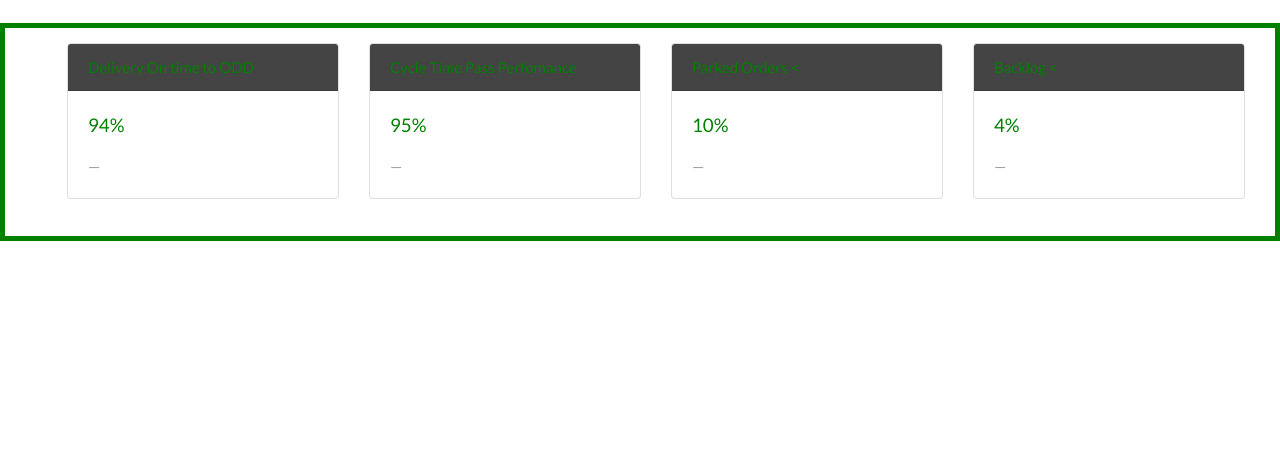
Repository: valenovi76/Delivery-Dashboard
Page: Index.html
The author's editor kept a record of every edit. The page is drawn from the files as they stood at one moment, then again after the next edit.
The browser window is 1280 px wide. The pictures show the whole page.
Some icons come from a web library that is not loaded, so they are not drawn.

Above is the page before.
Console error: TypeError: Cannot read properties of null (reading 'textContent')

### Index.html
<!DOCTYPE html>
<html lang="en">
<head>
    <meta charset="UTF-8">
    <meta name="viewport" content="width=device-width, initial-scale=1.0">
    <meta http-equiv="X-UA-Compatible" content="ie=edge">

    <link rel="stylesheet" href="static/css/bootstrap.min.css" type="text/css" />
    <link rel="stylesheet" href="static/css/dc.min.css" type="text/css" />
    <link href="vendor/fontawesome-free/css/all.min.css" rel="stylesheet" type="text/css">
    <script type="text/javascript" src="static/js/d3.min.js"></script>
    <script type="text/javascript" src="static/js/crossfilter.min.js"></script>
    <script type="text/javascript" src="static/js/dc.min.js"></script>
    <script type="text/javascript" src="static/js/queue.min.js"></script>
    <script type="text/javascript" src="static/js/graphs.js"></script>
    <link rel="stylesheet" href="static/css/style.css" type="text/css" />
    <title>Daily Delivery Dashboard</title>
</head>
<body>
    <header>

        <div id="wrapper">

        <nav id="sidebar">
        ...
    </nav>


          <div id= "content-wrapper">
                <div class="container-fluid">
                <div class="row">KPIS

                <div class="col">
                <div class="card kpi">
                  <div class="card-header">
                        Delivery On time to ODD
                  </div>
                  <div class="card-body">
                        <blockquote class="blockquote mb-0">
                          <p>94%</p>
                          <footer class="blockquote-footer"><i class="far fa-clock"></i></footer>
                        </blockquote>
                  </div>
              </div>
                </div>
                <div class="col">
                <div class="card kpi">
                  <div class="card-header">
                        Cycle Time Pass Perfomance
                  </div>
                  <div class="card-body">
                        <blockquote class="blockquote mb-0">
                          <p>95%</p>
                          <footer class="blockquote-footer"><i class="fas fa-running"></i></footer>
                        </blockquote>
                  </div>
              </div>
                </div>
                <div class="col">
                <div class="card kpi">
                  <div class="card-header">
                        Parked Orders <
                  </div>
                  <div class="card-body">
                        <blockquote class="blockquote mb-0">
                          <p>10%</p>
                          <footer class="blockquote-footer"><i class="fas fa-parking"></i></footer>
                        </blockquote>
                  </div>
              </div>
                </div>
                <div class="col">
                <div class="card kpi">
                  <div class="card-header">
                        Backlog <
                  </div>
                  <div class="card-body">
                        <blockquote class="blockquote mb-0">
                          <p>4%</p>
                          <footer class="blockquote-footer"><i class="fas fa-flag-checkered"></i></footer>
                        </blockquote>
                  </div>
              </div>

              </div>
              </div>
                <div class="row">


                    <div class="col-md-auto">
                      Variable width content
                    </div>
                    <div class="col-md-auto">
                      Variable width content
                    </div>
                    <div class="col-md-auto">
                      Variable width content
                    </div>

                </div>
                <footer class= "sticky-footer">

                </footer>
            </div>
        </div>
        </div>
    </header>
</body>
</html>

### static/js/graphs.js
//load data
queue()
.defer(d3.csv, "/data/orders.csv")
.await(makeGraphs);


// Make graphs function
function makeGraphs(error, orderData) {

    var ndx = crossfilter(orderData);


orderData.forEach(function(d){
d.CT_Ex_Delayed_Days=parseInt(d.CT_Ex_Delayed_Days)})




    show_wip_group_selector(ndx);
    show_product_selector(ndx);
    show_project_selector(ndx);
    show_created(ndx);
    show_completed(ndx);
    show_order_order_type(ndx);
    show_ct_avg(ndx);
    show_SLT_perf(ndx);
    show_ontime_late(ndx);
    show_percent_RFT_OnTime(ndx);
    show_percent_CT_Pass(ndx);
    show_monthly_delivery(ndx);



    dc.renderAll();
}


//Selector js
function show_wip_group_selector(ndx){
    var dim = ndx.dimension(dc.pluck('Channel'));
    var group = dim.group();
    var select = dc.selectMenu("#wip_group_selector")
        .dimension(dim)
        .group(group);

}
function show_product_selector(ndx){
    var dim = ndx.dimension(dc.pluck('Product'));
    var group = dim.group();
    var select = dc.selectMenu("#product_selector")
        .dimension(dim)
        .group(group);

}
function show_project_selector(ndx){
    var dim=ndx.dimension(dc.pluck('Project'));
    var group= dim.group();
    var select = dc.selectMenu("#project_selector")
        .dimension(dim)
        .group(group);

}

// KPIS values -RFT %

function show_percent_RFT_OnTime(ndx) {
    var percentageThatAreOnTime = ndx.groupAll().reduce(
        function(p, v) {
            p.total++;
                if(v.On_Time === "On-Time") {
                    p.match++;
                }
                return p;
            },
            function (p, v) {
                p.total--;
                if(v.On_Time === "On-Time") {
                    p.match--;
                }
                return p;
            },
            function () {
                return {total: 0, match: 0};
            }
    );

    dc.numberDisplay("#RFTPerc")
        .formatNumber(d3.format(".1%"))
        .valueAccessor(function (d) {
            if (d.count == 0) {
                return 0;
            } else {
                return ( d.match/d.total );
            }
        })
        .group(percentageThatAreOnTime)
}

// KPIS values - CT %

function show_percent_CT_Pass(ndx) {
    var percentageThatArePassed = ndx.groupAll().reduce(
        function(p, v) {
            p.total++;
                if(v.SLT_Status === "Pass") {
                    p.match++;
                }
                return p;
            },
            function (p, v) {
                p.total--;
                if(v.SLT_Status === "Pass") {
                    p.match--;
                }
                return p;
            },
            function () {
                return {total: 0, match: 0};
            }
    );

    dc.numberDisplay("#CTPerc")
        .formatNumber(d3.format(".1%"))
        .valueAccessor(function (d) {
            if (d.count == 0) {
                return 0;
            } else {
                return ( d.match/d.total );
            }
        })
        .group(percentageThatArePassed)
}

//KPIS values - Monthly deliveries
function show_monthly_delivery(ndx){
    var avgMonthlyDeliveries = ndx.groupAll().reduce(
        function(p, v) {
            p.total++;
                if(v.Order_Status === "Completed") {
                    p.match++;
                }
                return p;
            },
            function (p, v) {
                p.total--;
                if(v.Order_Status === "Completed") {
                    p.match--;
                }
                return p;
            },
            function () {
                return {total: 0, match: 0};
            }
    );

    dc.numberDisplay("#avg_monthly_delivery")
        .formatNumber(d3.format(".1f"))
        .valueAccessor(function (d) {
            if (d.total == 0) {
                return 0;
            } else {
                return ( d.match/6 );
            }
        })
        .group(avgMonthlyDeliveries)
}


//created line js
function show_created(ndx) {
var dim = ndx.dimension(dc.pluck('Created_Month'));
var group =dim.group();

dc.lineChart("#created")
.width(400)
.height(300)
.margins({top: 30, right: 40, bottom: 50, left: 50})
.dimension(dim)
.group(group)
.transitionDuration(500)
.x(d3.scale.ordinal())
.xUnits(dc.units.ordinal)
.elasticY(true)
.xAxisLabel("FY 2019-2020 Month")
.yAxis().ticks(20);
 }

//completed line js
function show_completed(ndx) {
var dim = ndx.dimension(dc.pluck('Completed_Month'));
var group = dim.group();

dc.lineChart("#completed")

.width(400)
.height(300)
.margins({top: 30, right: 40, bottom: 50, left: 50})
.dimension(dim)
.group(group)
.transitionDuration(500)
.x(d3.scale.ordinal())
.xUnits(dc.units.ordinal)
.elasticY(true)
.xAxisLabel("FY 2019-2020 Month")
.yAxis().ticks(20);
 }

//WIP pie js
function show_order_order_type(ndx) {
    var dim = ndx.dimension(dc.pluck('Order_Type'));
    var group = dim.group();


    dc.pieChart("#order_type")

        .width(400)
        .height(300)
        .slicesCap(4)
        .innerRadius(100)
        .dimension(dim)
        .group(group)
        .legend(dc.legend())

}
//CT Avg line js
function show_ct_avg(ndx){
var dim = ndx.dimension(dc.pluck("Completed_Month"));

function add_item(p,v){
p.count ++;
p.total += v.CT_Ex_Delayed_Days;
p.average = p.total/p.count;
return p;
}
function remove_item(p,v){
p.count--;
if(p.count==0){
p.total=0;
p.average=0;}else{
p.total -= v.CT_Ex_Delayed_Days;
p.average = p.total/p.count;
}
return p;
}
function initialise(){
    return{count:0, total:0, average:0};
}


var group= dim.group().reduce(add_item,remove_item,initialise);


dc.lineChart("#ct_avg")
.width(400)
.height(300)
.margins({top: 10, right: 50, bottom: 30, left: 50})
.dimension(dim)
.group(group)
.valueAccessor(function(d){
return d.value.average})
.transitionDuration(500)
.x(d3.scale.ordinal())
.xUnits(dc.units.ordinal)
.elasticY(true)
.xAxisLabel("FY 2019-2020 Month")
.yAxis().ticks(20);

}
//CT perf js
function show_SLT_perf(ndx){

    function SLTPerfByMonth(dimension, SLT_Status) {
        return dimension.group().reduce(
            function (p, v) {
                p.total++;
                if(v.SLT_Status == SLT_Status) {
                    p.match++;
                }
                return p;
            },
            function (p, v) {
                p.total--;
                if(v.SLT_Status == SLT_Status) {
                    p.match--;
                }
                return p;
            },
            function () {
                return {total: 0, match: 0};
            }
        );
    }

    var dim = ndx.dimension(dc.pluck("Completed_Month"));
    var PassByMonth = SLTPerfByMonth(dim, "Pass");
    var FailByMonth = SLTPerfByMonth(dim, "Fail");

    dc.barChart("#ct_perf")
        .width(400)
        .height(300)
        .dimension(dim)
        .group(PassByMonth, "Pass")
        .stack(FailByMonth, "Fail")
        .valueAccessor(function(d) {
            if(d.value.total > 0) {
                return (d.value.match / d.value.total) * 100;
            } else {
                return 0;
            }
        })
        .x(d3.scale.ordinal())
        .xUnits(dc.units.ordinal)
        .legend(dc.legend().x(320).y(20).itemHeight(15).gap(5))
        .margins({top: 10, right: 100, bottom: 30, left: 30});
}

  //On time vs Late stacked-bars graph

   function show_ontime_late(ndx) {

    function RFTPerfByMonth(dimension, On_Time) {
        return dimension.group().reduce(
            function (p, v) {
                p.total++;
                if(v.On_Time == On_Time) {
                    p.match++;
                }
                return p;
            },
            function (p, v) {
                p.total--;
                if(v.On_Time == On_Time) {
                    p.match--;
                }
                return p;
            },
            function () {
                return {total: 0, match: 0};
            }
        );
    }

    var dim = ndx.dimension(dc.pluck("Completed_Month"));
    var OnTimeByMonth = RFTPerfByMonth(dim, "On-Time");
    var LateByMonth = RFTPerfByMonth(dim, "Late");

    dc.barChart("#ontime_perf")
        .width(400)
        .height(300)
        .dimension(dim)
        .group(OnTimeByMonth, "On-Time")
        .stack(LateByMonth, "Late")
        .valueAccessor(function(d) {
            if(d.value.total > 0) {
                return (d.value.match / d.value.total) * 100;
            } else {
                return 0;
            }
        })
        .x(d3.scale.ordinal())
        .xUnits(dc.units.ordinal)
        .legend(dc.legend().x(320).y(20).itemHeight(15).gap(5))
        .margins({top: 10, right: 100, bottom: 30, left: 30});
   }

### static/css/style.css
body {
    background-color: white;
}

#sidebar-wrapper{
    z-index: 1;
    position:absolute;
    width:0;
    height:100%;
    overflow-y: hidden;
    background-color:#2C3E50;
    border:2px solid red;
    opacity:0.9;
}

/* main content*/
#content-wrapper{
    width:100%;
    position:absolute;
    padding:15px;
    border:5px solid green;
}

/*change the width of the display*/
#wrapper.menudisplayed #sidewrapper{
    width:250px;
}

#wrapper.menudisplayed #content-wrapper{
    padding-left:250px;
}

/*sidebar styling*/
.sidebar-nav{
    padding:0;
    list-style: none;
}





.kpi {
    color:green;
    background-color:white;
}

Loaded but not shown: static/css/bootstrap.min.css (library); static/css/dc.min.css (library); static/js/d3.min.js (library); static/js/crossfilter.min.js (library); static/js/dc.min.js (library); static/js/queue.min.js (common file)

After the next edit:
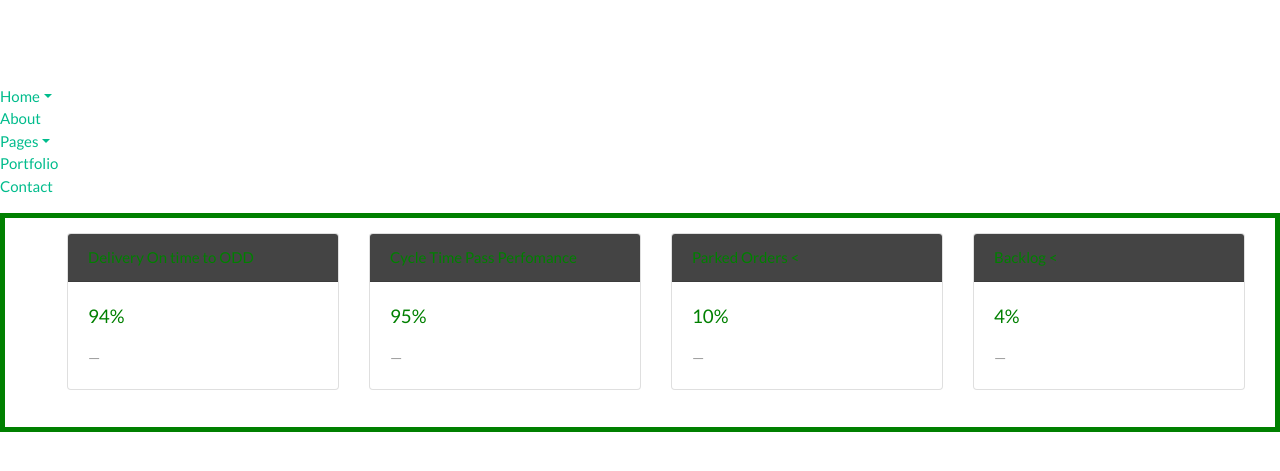
The edit:
--- a/Index.html
+++ b/Index.html
@@ -22,8 +22,53 @@
         <div id="wrapper">
 
         <nav id="sidebar">
-        ...
+        <div class="sidebar-header">
+            <h3>Delivery Dashboard Menu</h3>
+        </div>
+         <ul class="list-unstyled components">
+            <p>Dummy Heading</p>
+            <li class="active">
+                <a href="#homeSubmenu" data-toggle="collapse" aria-expanded="false" class="dropdown-toggle">Home</a>
+                <ul class="collapse list-unstyled" id="homeSubmenu">
+                    <li>
+                        <a href="#">Home 1</a>
+                    </li>
+                    <li>
+                        <a href="#">Home 2</a>
+                    </li>
+                    <li>
+                        <a href="#">Home 3</a>
+                    </li>
+                </ul>
+            </li>
+            <li>
+                <a href="#">About</a>
+            </li>
+            <li>
+                <a href="#pageSubmenu" data-toggle="collapse" aria-expanded="false" class="dropdown-toggle">Pages</a>
+                <ul class="collapse list-unstyled" id="pageSubmenu">
+                    <li>
+                        <a href="#">Page 1</a>
+                    </li>
+                    <li>
+                        <a href="#">Page 2</a>
+                    </li>
+                    <li>
+                        <a href="#">Page 3</a>
+                    </li>
+                </ul>
+            </li>
+            <li>
+                <a href="#">Portfolio</a>
+            </li>
+            <li>
+                <a href="#">Contact</a>
+            </li>
+        </ul>
     </nav>
+
+
+        </nav>
 
 
           <div id= "content-wrapper">
